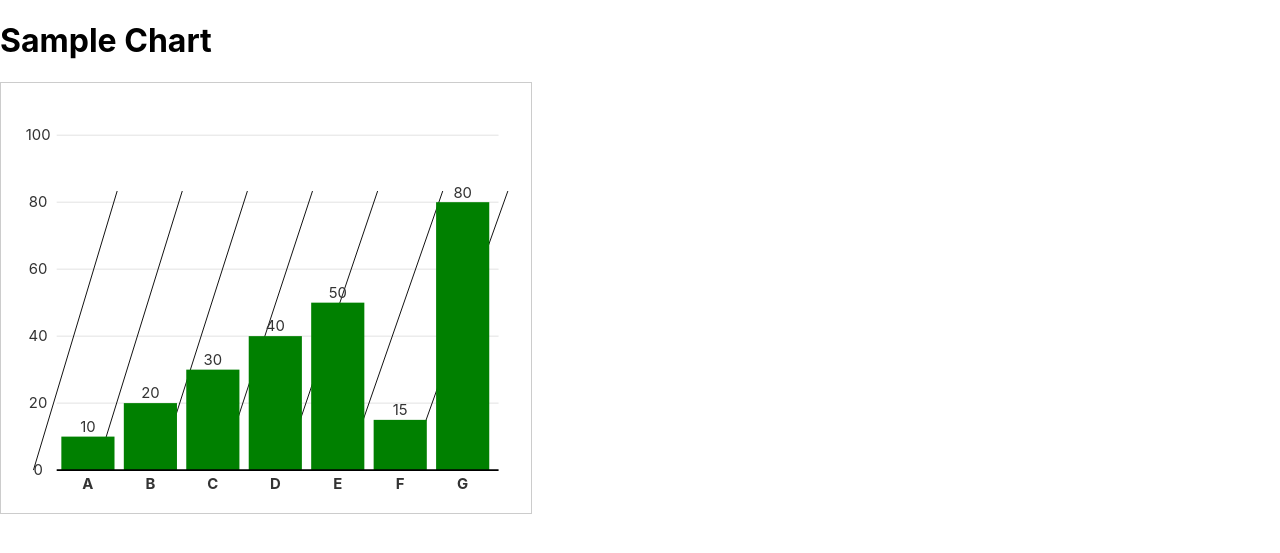
Repository: CaptainJang316/GChart
Page: /
These files come from the project's save history. The page is drawn as it stood at one moment and after the next save; the edit follows.
The browser window is 1280 px wide. The pictures show the whole page.
The project was rebuilt for these pictures with package versions that can differ from the ones it lists, and the page was loaded fresh each time. Also part of the build but not shown: src/App.css.

Above is the page before, as saved 2024-11-09 17:57:20.

After the next save:
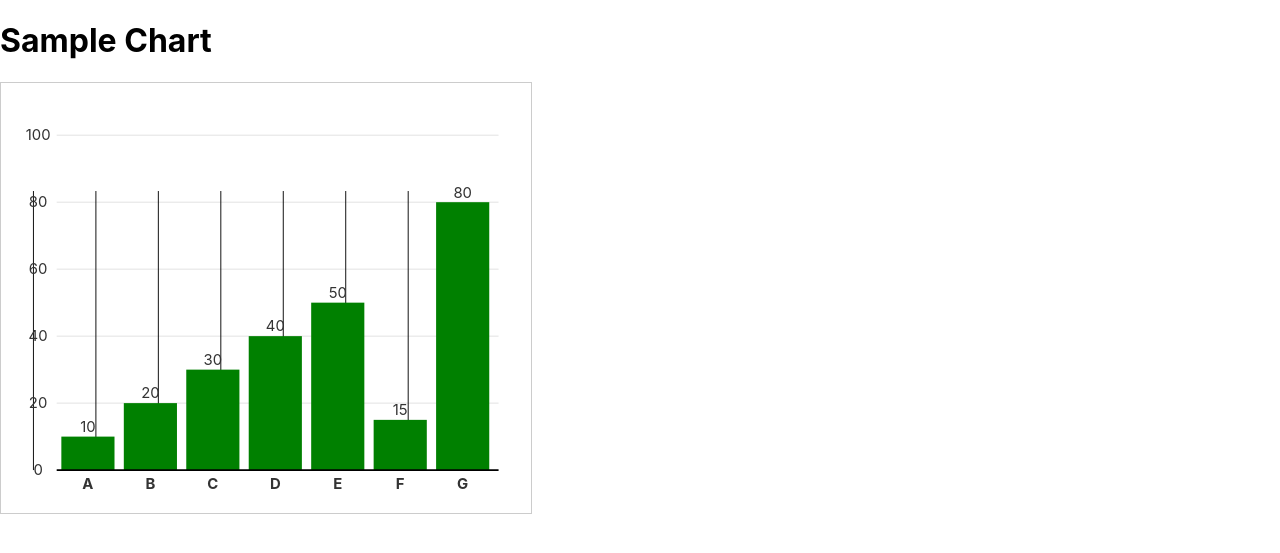
Saved 11 s later.
--- a/src/components/Chart/BarChart.tsx
+++ b/src/components/Chart/BarChart.tsx
@@ -63,7 +63,7 @@ const BarChart: React.FC<Option> = ({
                             key={el.id}
                             x1={barWidth * index}
                             y1={height}
-                            x2={el.x2 + 50}
+                            x2={barWidth * index}
                             y2={100}
                             stroke="black"
                             // strokeDasharray="4 4"
